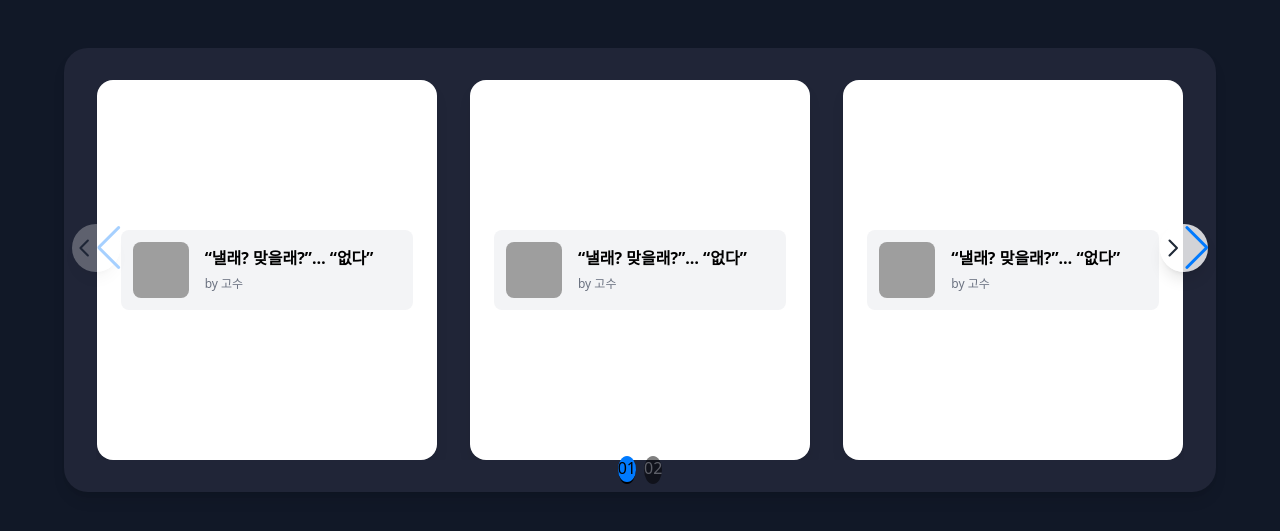
Repository: hyerim1234/travelblog
Page: html/slide2.html
These files come from the project's save history. The page is drawn as it stood at one moment and after the next save; the edit follows.
The browser window is 1280 px wide. The pictures show the whole page.
Pictures or frames that could not be fetched are drawn as grey boxes. Some web libraries are served in a nearby version.

Above is the page before, as saved 2025-06-05 13:21:33.

After the next save:
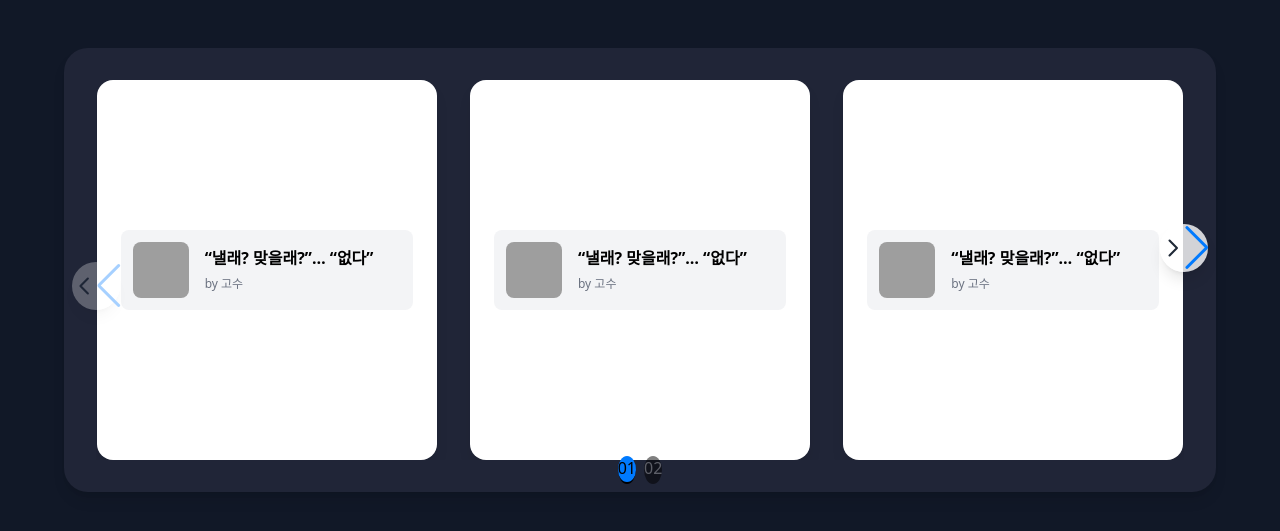
Saved 21 s later.
--- a/html/slide2.html
+++ b/html/slide2.html
@@ -129,7 +129,7 @@
               <!-- ... -->
             </div>
             <!-- 네비/페이지네이션은 swiper-container 안쪽에 위치 -->
-            <button class="swiper-button-prev absolute top-1/2 left-2 z-10 w-12 h-12 bg-white bg-opacity-80 hover:bg-opacity-100 rounded-full flex items-center justify-center shadow-lg" aria-label="Previous slide">
+            <button class="!mt-4 swiper-button-prev absolute top-1/2 left-2 z-10 w-12 h-12 bg-white bg-opacity-80 hover:bg-opacity-100 rounded-full flex items-center justify-center shadow-lg" aria-label="Previous slide">
               <svg xmlns="http://www.w3.org/2000/svg" class="w-6 h-6 text-gray-800" fill="none" viewBox="0 0 24 24" stroke="currentColor">
                 <path stroke-linecap="round" stroke-linejoin="round" stroke-width="2" d="M15 19l-7-7 7-7" />
               </svg>

After the save that followed:
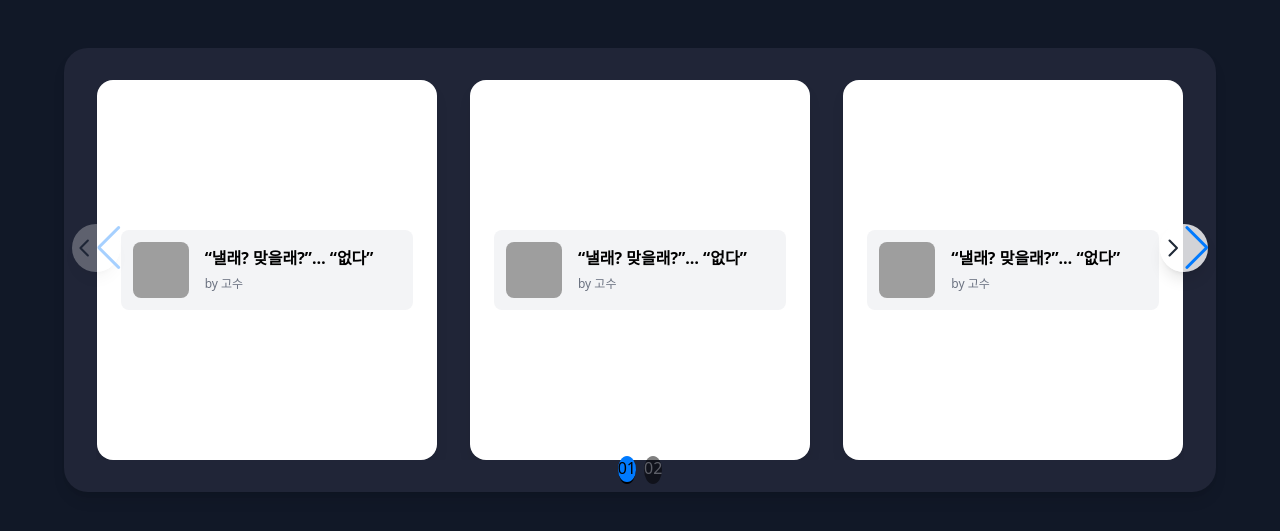
Saved 7 s later.
--- a/html/slide2.html
+++ b/html/slide2.html
@@ -129,7 +129,7 @@
               <!-- ... -->
             </div>
             <!-- 네비/페이지네이션은 swiper-container 안쪽에 위치 -->
-            <button class="!mt-4 swiper-button-prev absolute top-1/2 left-2 z-10 w-12 h-12 bg-white bg-opacity-80 hover:bg-opacity-100 rounded-full flex items-center justify-center shadow-lg" aria-label="Previous slide">
+            <button class="swiper-button-prev absolute top-1/2 left-2 z-10 w-12 h-12 bg-white bg-opacity-80 hover:bg-opacity-100 rounded-full flex items-center justify-center shadow-lg" aria-label="Previous slide">
               <svg xmlns="http://www.w3.org/2000/svg" class="w-6 h-6 text-gray-800" fill="none" viewBox="0 0 24 24" stroke="currentColor">
                 <path stroke-linecap="round" stroke-linejoin="round" stroke-width="2" d="M15 19l-7-7 7-7" />
               </svg>
